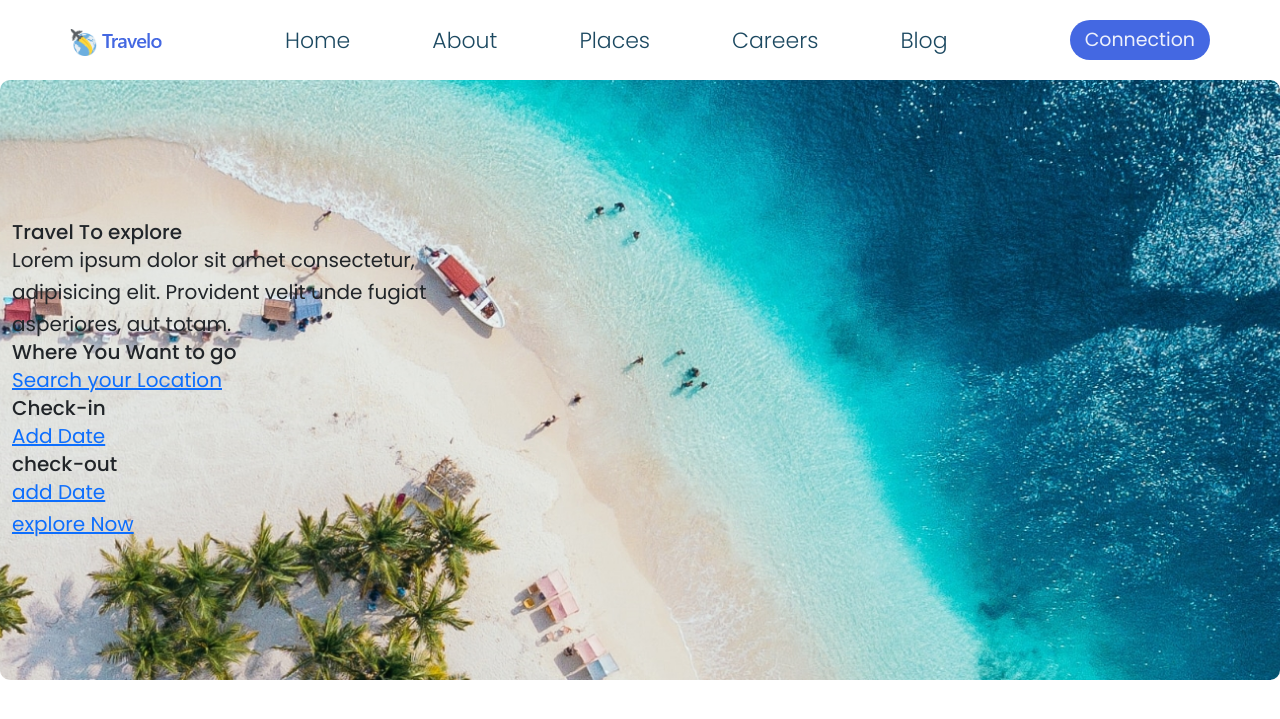
Repository: kuluong2000/travel
Page: index.html
An editor plug-in stored every save of this project. The page is shown before and after the next save, followed by the edit.
The browser window is 1280 px wide. The pictures show the whole page.
The style sheet was rebuilt from its Sass, Less or Tailwind sources for each picture, by a compiler version that may differ from the author's.

Above is the page before, as saved 2021-09-03 23:06:23.

After the next save:
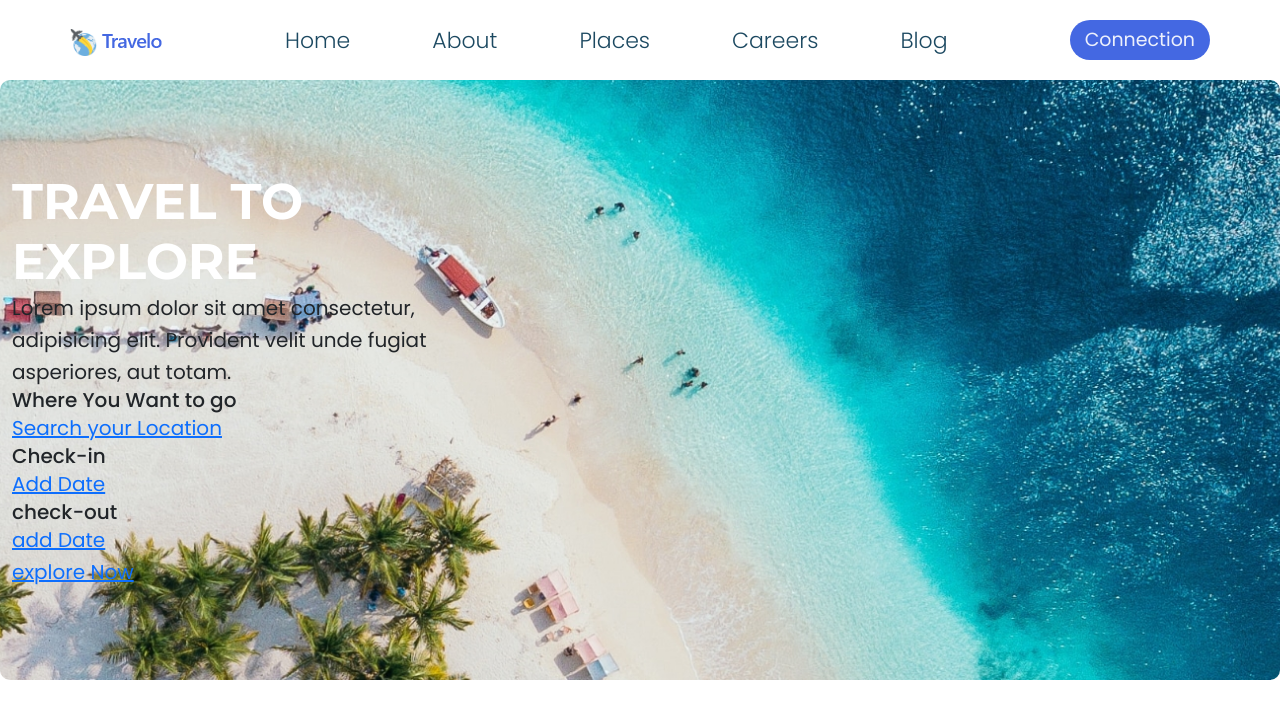
Saved 88 s later.
--- a/assets/sass/_banner.scss
+++ b/assets/sass/_banner.scss
@@ -12,9 +12,14 @@
 }
   &__main__top{
     max-width: 500px;
+
 }
   &__main__title{
-
+    font-size: 50px;
+    font-family: 'Montserrat',sans-serif;
+    font-weight: bold;
+    text-transform: uppercase;
+    color: white;
 }
   &__main__desc{
 
